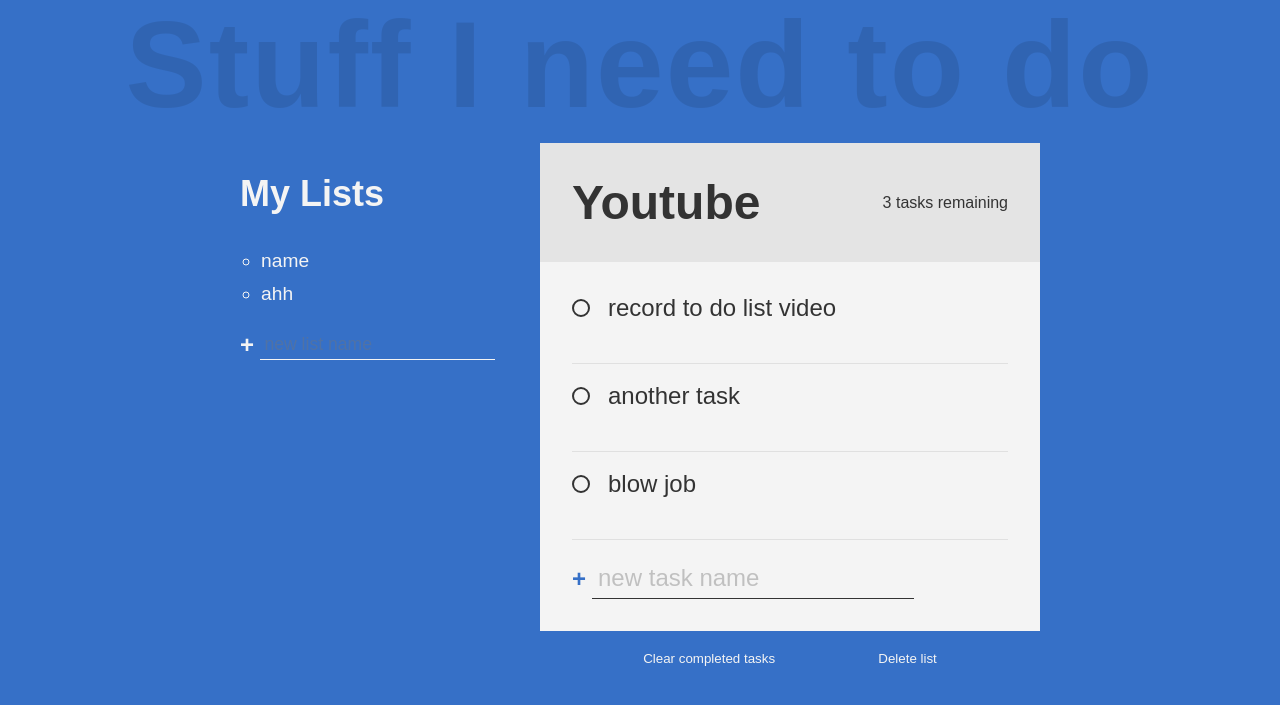
Repository: MohammadMazloum123/To-Do-List-App-
Page: index.html
An editor plug-in stored every save of this project. The page is shown before and after a run of saves, followed by the edit.
The browser window is 1280 px wide. The pictures show the whole page.

Above is the page before, as saved 2024-02-15 15:41:09.

### index.html
<!DOCTYPE html>
<html lang="en">
<head>
    <meta charset="UTF-8">
    <meta name="viewport" content="width=device-width, initial-scale=1.0">
    <title>To-Do List</title>
    <link rel="stylesheet" href="styles.css">
</head>
<body>
    <h1 class="title">Stuff I need to do</h1>
    <div class="all-tasks">
        <h2 class="task-list-title">My Lists</h2>
        <ul class="task-list" data-lists>
            <li class="list-name active-list">My Grocery</li>
            <li class="list-name" >YouTube</li>
            <li class="list-name">Work</li>
        </ul>
        <form>
            <input type="text" class="new list" placeholder="new list name" aria-label="new list name">
            <button class="btn create" aria-label="create new list">+</button>
        </form>
    </div>
    <div class="todo-list">
        <div class="todo-header">
            <h1 class="list-title">Youtube</h1>
            <p class="task-count">3 tasks remaining</p>
        </div>
        <div class="todo-body">
            <div class="tasks">
                <div class="task">
                    <input type="checkbox" id="task-1">
                    <label for="task-1">
                        <span class="custom-checkbox"></span>
                        record to do list video
                    </label>
                </div>
                <!--Task 1-->
                <div class="task">
                    <input type="checkbox" id="task-2">
                    <label for="task-2">
                        <span class="custom-checkbox"></span>
                        another task
                    </label>
                </div>
                <!--Task 2-->
                <div class="task">
                    <input type="checkbox" id="task-3">
                    <label for="task-3">
                        <span class="custom-checkbox"></span>
                        blow job
                    </label>
                </div>
                <!--Task 3-->
            </div>
            <div class="new-task-creator">
                <form>
                    <input type="text" class="new task" placeholder="new task name" aria-label="new task name">
                    <button class="btn create" aria-label="create new task">+</button>
                </form>
            </div>
            <div class="delete-stuff">
                <button class="btn delete">Clear completed tasks</button>
                <button class="btn delete">Delete list</button>
            </div>
        </div>
    </div>
    <!--Java Script-->
    <script defer src="script.js"></script>
</body>
</html>

### styles.css
:root{
    --clr-primary: rgb(54, 112, 199);
    --clr-light: #f4f4f4;
    --clr-dark:#333;
    --clr-warning: rgb(99, 36, 36);
}
*,
*::before,
*::after{
    font-family: inherit;
    box-sizing: border-box;
}

body{
    margin: 0;
    font-family: "Work Sans", sans-serif;
    font-weight: 300;
    font-size: 1.5rem;
    background-color: var(--clr-primary);
    color: var(--clr-light);
    display: grid;
    grid:
        "header header header header" auto
        "...... lists active ......" auto /
        1fr minmax(100px, 300px) minmax(250px, 500px) 1fr;
}
.title{
    grid-area: header;
    text-align: center;
    font-weight: 800;
    font-size: calc(7vw + 2rem);
    color: rgba(0, 0, 0, .1);
    margin: -.3rem 0 0.5rem;
    letter-spacing: 2px;
}
form{
    display: flex;
}
.btn{
    background: 0;
    cursor: pointer;
    padding: 0;
    border: 0;
    color: inherit;
}
.btn.create{
    font-size: 1.5rem;
    font-weight: 900;
    margin-right: .25em;
    transition: opacity 250ms ease-in;
}
.btn.create:hover{
    opacity: .7;
}

.new{
    background: transparent;
    border: 0;
    color: inherit;
    outline: none;
    font-size: inherit;
    border-bottom: 1px solid currentColor;
    transition: border-bottom 150ms ease-in;
    order: 2;
    padding: 0.25em;
}
.new::placeholder{
    opacity: .4;
}
.new:focus{
    border-bottom-width: 3px;
}

.new:focus::placeholder{
    opacity: 0.15;
}
.active-list{
    font-weight: 800;
}
.new.list{
    font-size: 1.1rem;
}
.all-tasks{
    grid-area: lists;
}
.task-list{
    line-height: 1.7;
    list-style: circle;
    font-size: 1.2rem;
    padding-left: 1.1em;
}
.list-name{
    cursor: pointer;
}
.list-name:hover{
    opacity: .7;
}
.todo-list{
    --spacer:2rem;
    grid-area: active;
    background: var(--clr-light);
    color: var(--clr-dark);
}
.todo-header{
    padding: var(--spacer);
    background: #e4e4e4;
    display: flex;
    align-items: center;
    justify-content: space-between;
}
.list-title{
    margin: 0 1em 0 0;
}
.task-count{
    margin: 0;
    font-size: 1rem;
}
.todo-body{
    padding: var(--spacer);
    position: relative;
}
.new-task-creator .create{
    color: var(--clr-primary);
}
.new.task{
    margin-bottom: 0;
}

[type="checkbox"]{
    opacity: 0;
    position: absolute;
}
.task label{
    display: inline-flex;
    align-items: center;
    position: relative;
    margin-bottom: 1.25em;
}
.task{
    position: relative;
    margin-bottom: 1.25em;
}
.task::after{
    content: "";
    position: absolute;
    left: 0;
    right: 0;
    height: 1px;
    bottom: -0.5em;
    background: currentColor;
    opacity: 0.1;

}
.custom-checkbox{
    --size: 0.75em;
    display: inline-block;
    width: var(--size);
    height: var(--size);
    margin-right: var(--size);
    cursor: pointer;
    border: 2px solid currentColor;
    border-radius: 50%;
    transform: scale(1);
    transition: transform 300ms ease-in-out;
}
.task:hover .custom-checkbox,
[type="checkbox"]:focus + label .custom-checkbox {
    transform: scale(1.2);
    color: var(--clr-primary);
}

[type="checkbox"]:checked + label .custom-checkbox{
    background-color: var(--clr-primary);
    border-color: var(--clr-primary);
    box-shadow: inset 0 0 0px 2px white;
}
[type="checkbox"]:checked + label{
    opacity: 0.7;
}
.task label::after{
    content: "";
    position: absolute;
    left: 0;
    right: 0;
    left: 1.5em;
    top: 50%;
    height: 3px;
    background: currentColor;
    transform: scaleX(0);
    transform-origin:right ;
    transition: transform 150ms ease-in-out;
}
[type="checkbox"]:checked + label::after{
    transform: scaleX(1);
    transform-origin: left;
}
.delete-stuff{
    display: flex;
    justify-content: space-evenly;
    position: absolute;
    width: 100%;
    left: 0;
    bottom:-35px;
    color: var(--clr-light);
}

.btn.delete:hover{
    border-bottom: 2px solid #333;
    transform: scaleY(1.05);
}

### script.js
const listsContainer = document.querySelector('[data-lists]');
let lists = ['name', 'ahh'];

function render(){
    clearElement(listsContainer)
    lists.forEach(list =>{
        const listElement = document.createElement('li')
        listElement.classList.add('list-name')
        listElement.innerText = list
        listsContainer.appendChild(listElement)
    })
}
function clearElement(element){
    while(element.firstChild){
        element.removeChild(element.firstChild)
    }
}

render()

After the next 5 saves:
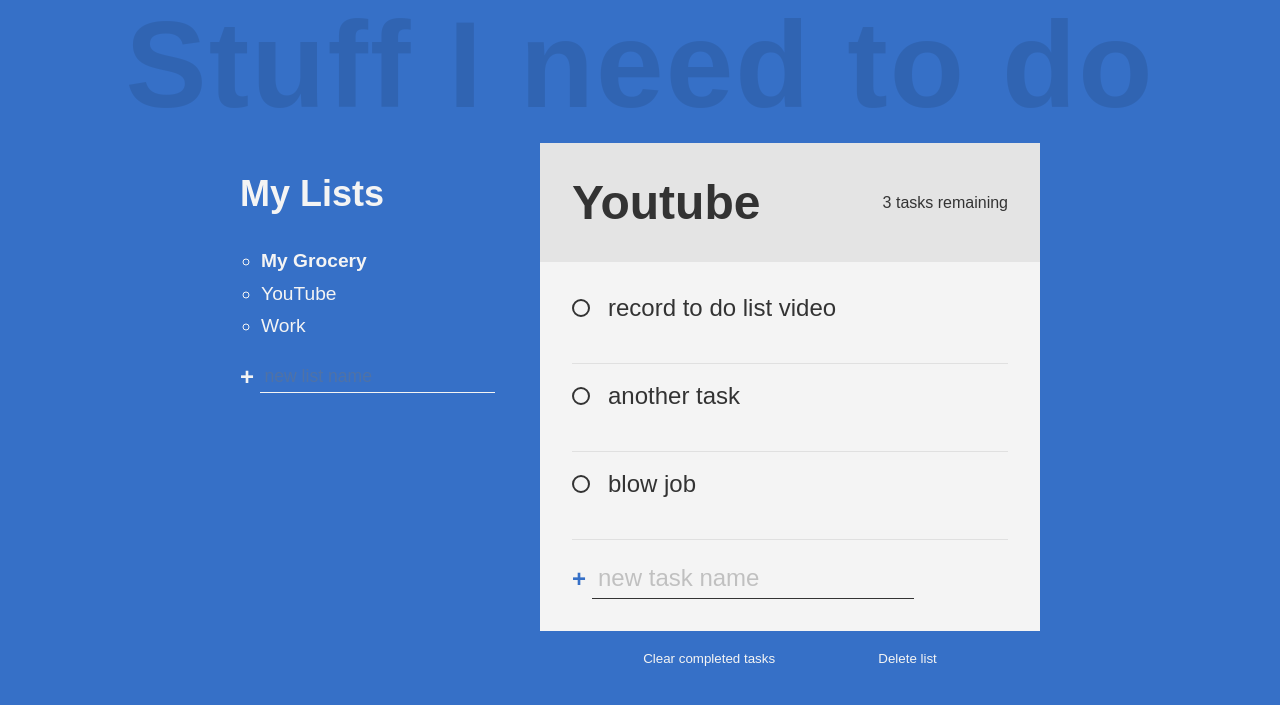
Console error: SyntaxError: Unexpected token '}'
The 5 saves are shown as one change because they came seconds apart.
The last was saved 21 s later.
--- a/script.js
+++ b/script.js
@@ -1,5 +1,7 @@
 const listsContainer = document.querySelector('[data-lists]');
-let lists = ['name', 'ahh'];
+let lists = [{
+    id:
+}]
 
 function render(){
     clearElement(listsContainer)

After the save that followed:
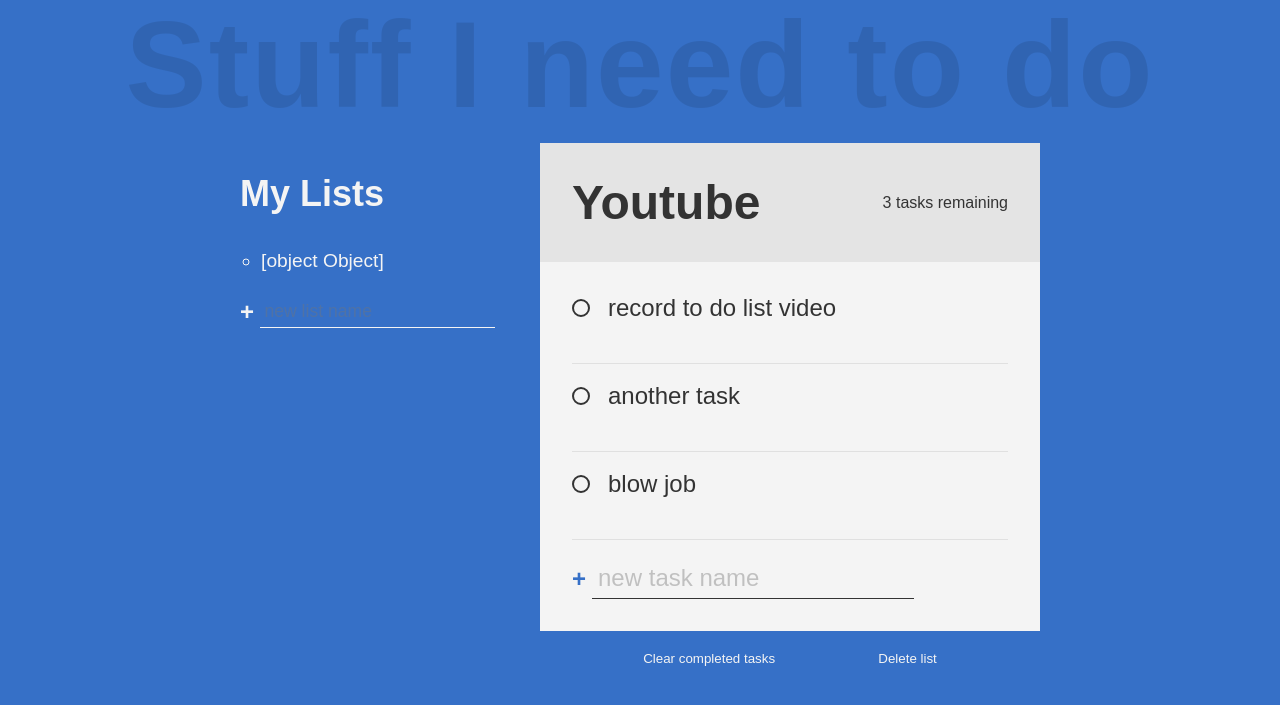
The error is gone.
Saved 4 s later.
--- a/script.js
+++ b/script.js
@@ -1,6 +1,7 @@
 const listsContainer = document.querySelector('[data-lists]');
 let lists = [{
-    id:
+    id:1,
+
 }]
 
 function render(){
